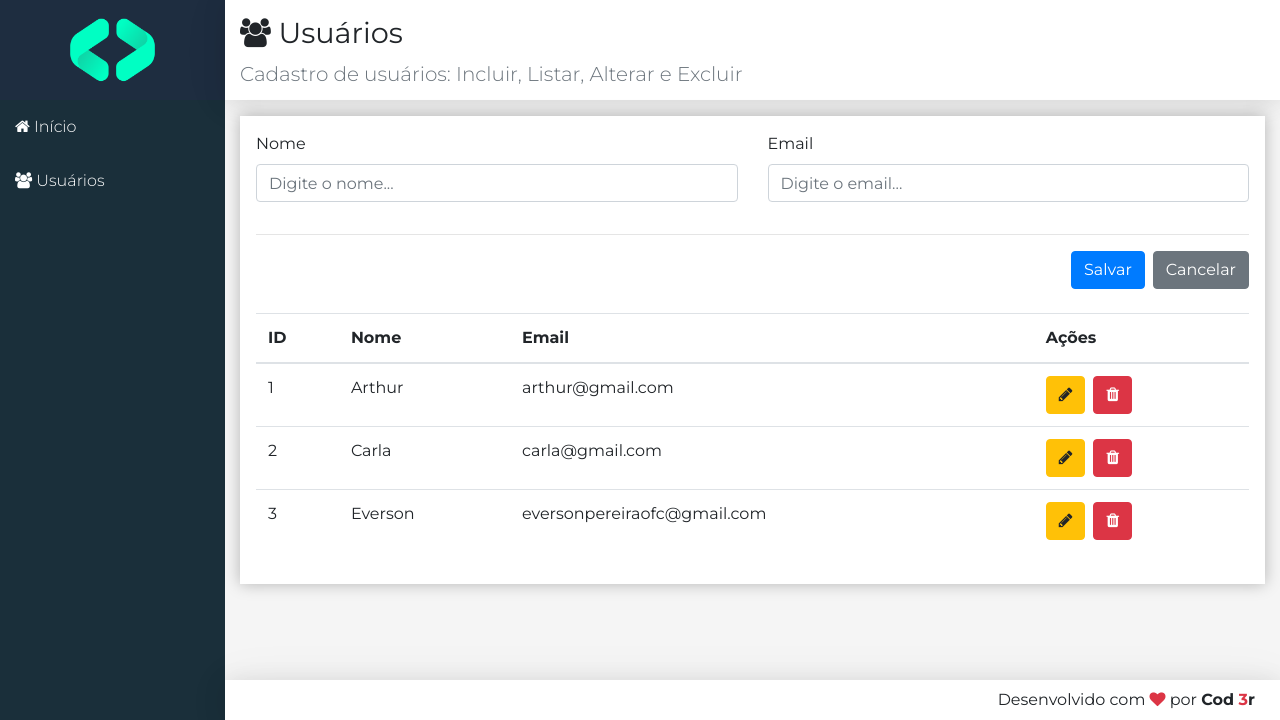
Repository: eversonps/projeto-cadastro-usuarios-firebase
Page: /users (app in frontend/)
These files come from the project's save history. The page is drawn as it stood at one moment and after the next save; the edit follows.
The browser window is 1280 px wide. The pictures show the whole page.
The project was rebuilt for these pictures with package versions that can differ from the ones it lists, and the page was loaded fresh each time. Requests to the local data server were answered from the project's data file. Also part of the build but not shown: frontend/src/components/home/home.jsx.

Above is the page before, as saved 2022-03-22 15:37:17.

### frontend/public/index.html
<!DOCTYPE html>
<html lang="en">
  <head>
    <meta charset="utf-8" />
    <link rel="icon" href="%PUBLIC_URL%/favicon.ico" />
    <link rel="preconnect" href="https://fonts.googleapis.com">
    <link rel="preconnect" href="https://fonts.gstatic.com" crossorigin>
    <link href="https://fonts.googleapis.com/css2?family=Montserrat:wght@300;400;700&display=swap" rel="stylesheet">
    <meta name="viewport" content="width=device-width, initial-scale=1" />
    <meta name="theme-color" content="#000000" />
    <meta
      name="description"
      content="Web site created using create-react-app"
    />
    <link rel="apple-touch-icon" href="%PUBLIC_URL%/logo192.png" />
    <!--
      manifest.json provides metadata used when your web app is installed on a
      user's mobile device or desktop. See https://developers.google.com/web/fundamentals/web-app-manifest/
    -->
    <link rel="manifest" href="%PUBLIC_URL%/manifest.json" />
    <!--
      Notice the use of %PUBLIC_URL% in the tags above.
      It will be replaced with the URL of the `public` folder during the build.
      Only files inside the `public` folder can be referenced from the HTML.

      Unlike "/favicon.ico" or "favicon.ico", "%PUBLIC_URL%/favicon.ico" will
      work correctly both with client-side routing and a non-root public URL.
      Learn how to configure a non-root public URL by running `npm run build`.
    -->
    <title>React App</title>
  </head>
  <body>
    <noscript>You need to enable JavaScript to run this app.</noscript>
    <div id="root"></div>
    <!--
      This HTML file is a template.
      If you open it directly in the browser, you will see an empty page.

      You can add webfonts, meta tags, or analytics to this file.
      The build step will place the bundled scripts into the <body> tag.

      To begin the development, run `npm start` or `yarn start`.
      To create a production bundle, use `npm run build` or `yarn build`.
    -->
  </body>
</html>

### frontend/src/index.js
import React from 'react';
import ReactDOM from 'react-dom';
import './index.css';
import App from './main/app';
import reportWebVitals from './reportWebVitals';

ReactDOM.render(
  <React.StrictMode>
    <App />
  </React.StrictMode>,
  document.getElementById('root')
);

// If you want to start measuring performance in your app, pass a function
// to log results (for example: reportWebVitals(console.log))
// or send to an analytics endpoint. Learn more: https://bit.ly/CRA-vitals
reportWebVitals();

### frontend/src/main/app.jsx
import "./app.css"
import "bootstrap/dist/css/bootstrap.min.css"
import "font-awesome/css/font-awesome.min.css"

import React from "react"

import Logo from "../components/template/logo"
import Nav from "../components/template/nav"
import Footer from "../components/template/footer"
import Routes from "./routes"

import {BrowserRouter as Router} from "react-router-dom"

export default props => {
    return (
        <div className="app">
            <Router>
                <Logo></Logo>
                <Nav></Nav>
                <Routes></Routes>
                <Footer></Footer>
            </Router>
        </div>
    )
}

### frontend/src/main/app.css
:root{
    --bg-dark: #1A2F3A;
    --logo-height: 100px;
    --header-height: 100px;
    --aside-width: 225px;
    --footer-height: 40px;
    --menu-top-right: 100px;

    --shadow: 0 2px 23px 0 rgba(0, 0, 0, 0.1), 0 2px 49px 0 rgba(0, 0, 0, 0.06);
}

* {
    box-sizing: border-box;
    font-family: 'Montserrat', sans-serif;
}

.app{
    margin: 0px;
    display: grid;
    grid-template-columns: var(--aside-width) 1fr;
    grid-template-rows: var(--header-height) 1fr var(--footer-height);
    grid-template-areas:
        "logo header"
        "menu content"
        "menu footer";
    height: 100vh;
    background-color: #F5F5F5;
}

aside.logo{
    grid-area: logo;
}

header.header{
    grid-area: header;
}

aside.menu-area{
    grid-area: menu;
}

main.content{
    grid-area: content;
}

footer.footer{
    grid-area: footer;
}

@media(max-width: 768px){
    .app{
        grid-template-rows: var(--header-height) var(--menu-top-right) 1fr var(--footer-height);
        grid-template-columns: var(--aside-width) 1fr;
        grid-template-areas:
            "logo header"
            "menu menu"
            "content content"
            "footer footer"
        ;
    }
}

### frontend/src/components/template/logo.jsx
import React from "react"
import "./logo.css"
import logo from "../../assets/images/logo.png"

import { Link } from "react-router-dom"
export default props => (
    <aside className="logo">
        <Link to="/" className="logo">
            <img src={logo} alt="logo" />
        </Link>
    </aside>
)

### frontend/src/components/template/nav.jsx
import React from "react"
import "./nav.css"

import {Link} from "react-router-dom"

export default props => {
    return (
        <aside className="menu-area">
            <nav className="menu">
                <Link to="/">
                    <i className="fa fa-home"></i> Início
                </Link>
                <Link to="/users">
                    <i className="fa fa-users"></i> Usuários
                </Link>
            </nav>
        </aside>
    )
}

### frontend/src/components/template/footer.jsx
import React from "react";
import "./footer.css"

export default props => (
    <footer className="footer">
        <span>
            Desenvolvido com <i className="fa fa-heart text-danger"></i> por <strong>Cod <span className="text-danger">3</span>r</strong>
        </span>
    </footer>
)

### frontend/src/main/routes.jsx
import React from "react";
import {Routes, Route} from "react-router-dom"

import Home from "../components/home/home"
import UserCrud from "../components/user/userCrud"

export default props => (
    <Routes>
        <Route path="/" element={<Home />}/>
        <Route path="/users" element={<UserCrud />}/>
        <Route path="*" element={<Home />}/>
    </Routes>
)

### frontend/src/components/template/logo.css
aside.logo{
    background-color: var(--bg-dark);
    display: flex;
    justify-content: center;
    align-items: center;
}

aside.logo img {
    width: 100%;
}

### frontend/src/components/template/nav.css
aside.menu-area{
    background-color: var(--bg-dark);
    box-shadow: 2px 0 10px 0 rgba(0,0,0,0.12), rgba(0,0,0,0.09);
}

.menu a{
    display: block;
    text-decoration: none;
    color: #FFF;
    font-weight: 300;
    padding: 15px;
}

.menu a:hover {
    background: linear-gradient(135deg, #07A7E3 0%, #32DAC3 100%);
}

@media(max-width: 768px){
    .menu{
        display: flex;
        justify-content: flex-start;
        align-items: center;
    }

    .menu a{
        margin: 0px;
        display: inline;
        padding: 10px;
    }

    .menu {
        height: 100%;
        justify-content: space-around;
    }
}

### frontend/src/components/template/footer.css
footer.footer{
    display: flex;
    align-items: center;
    justify-content: flex-end;
    padding: 0 25px;
    background-color: #FFF;
    box-shadow: var(--shadow);
}

### frontend/src/components/user/userCrud.jsx
import React, {Component, useReducer} from "react"
import Main from "../template/main"
import axios from "axios"

const headerProps = {
    icon: "users",
    title: "Usuários",
    subtitle: "Cadastro de usuários: Incluir, Listar, Alterar e Excluir"
}

const baseUrl = "http://localhost:3001/users"
const initialState = {
    user: {name: "", email: ""},
    list: []
}

export default class UserCrud extends Component{
    state = { ...initialState }

    componentWillMount(){
        axios(baseUrl).then(resp => {
            this.setState({list: resp.data})
        })
    }

    clear(){
        this.setState({user: initialState.user})
    }

    save(){
        const user = this.state.user
        const method = user.id ? "put" : "post"
        const url = user.id ? `${baseUrl}/${user.id}` : baseUrl
        axios[method](url, user).then(resp => {
            const list = this.getUpdatedList(resp.data)
            this.setState({user: initialState.user, list})
        })
    }

    getUpdatedList(user, add=true){
        const list = this.state.list.filter(u => u.id !== user.id)
        if(add) list.unshift(user)
        return list
    }

    updateField(event){
        const user = {...this.state.user}
        user[event.target.name] = event.target.value
        this.setState({ user })
    }

    renderForm(){
        return (
            <div className="form">
                <div className="row">
                    <div className="col-12 col-md-6">
                        <div className="form-group">
                            <label>Nome</label>
                            <input type="text" className="form-control" name="name" value={this.state.user.name} onChange={e => this.updateField(e)} placeholder="Digite o nome..."/>
                        </div>
                    </div>

                    <div className="col-12 col-md-6">
                        <div className="form-group">
                            <label>Email</label>
                            <input type="text" className="form-control" name="email" value={this.state.user.email} onChange={e => this.updateField(e)} placeholder="Digite o email..."/>
                        </div>
                    </div>
                </div>

                <hr />

                <div className="row">
                    <div className="col-12 d-flex justify-content-end">
                        <button className="btn btn-primary" onClick={e => this.save(e)}>Salvar</button>
                        <button className="btn btn-secondary ml-2" onClick={e => this.clear(e)}>Cancelar</button>
                    </div>
                </div>
            </div>
        )
    }

    load(user){
        this.setState({ user })
    }

    remove(user){
        axios.delete(`${baseUrl}/${user.id}`).then(resp => {
            const list = this.getUpdatedList(user, false)
            console.log(list)
            this.setState({ list })
        })
    }

    renderTable(){
        return (
            <table className="table mt-4">
                <thead>
                    <tr>
                        <th>ID</th>
                        <th>Nome</th>
                        <th>Email</th>
                        <th>Ações</th>
                    </tr>
                </thead>
                <tbody>
                    {this.renderRows()}
                </tbody>
            </table>
        )
    }

    renderRows(){
        const trs = this.state.list.map(u => {
            return(
                <tr key={u.id}>
                    <td>{u.id}</td>
                    <td>{u.name}</td>
                    <td>{u.email}</td>
                    <td>
                        <button className="btn btn-warning" onClick={() => this.load(u)}>
                            <i className="fa fa-pencil"></i>
                        </button>
                        <button className="btn btn-danger ml-2"  onClick={() => this.remove(u)}>
                            <i className="fa fa-trash"></i>
                        </button>
                    </td>
                </tr>
            )
        })

        return trs
    }

    render(){
        return (
            <Main {...headerProps}>
                {this.renderForm()}
                {this.renderTable()}
            </Main>
        )
    }
}

### frontend/src/components/template/main.jsx
import React from "react"
import Header from "./header"
import "./main.css"

export default props => (
    <>
        <Header {...props}></Header>
        <main className="content container-fluid">
            <div className="p-3 mt-3">
                {props.children}
            </div>
        </main>
    </>
)

### frontend/src/components/template/header.jsx
import React from "react";
import "./header.css"

export default props => (
    <header className="header d-none d-sm-flex flex-column">
        <h1 className="mt-3">
            <i className={`fa fa-${props.icon}`}></i> {props.title}
        </h1>
        <p className="lead text-muted">{props.subtitle}</p>
    </header>
)

### frontend/src/components/template/header.css
header.header{
    background-color: #FFF;
    padding: 0px 15px;
    overflow: hidden;
    white-space: nowrap;
    box-shadow: var(--shadow);
}

header.header h1{
    font-size: 1.8em;
}

### backend/db.json
{
  "users": [
    {
      "id": 1,
      "name": "Arthur",
      "email": "arthur@gmail.com"
    },
    {
      "id": 2,
      "name": "Carla",
      "email": "carla@gmail.com"
    },
    {
      "name": "Everson",
      "email": "eversonpereiraofc@gmail.com",
      "id": 3
    }
  ]
}

Loaded but not shown: frontend/src/index.css (common file); frontend/src/reportWebVitals.js (common file); frontend/src/components/template/main.css (common file)

After the next save:
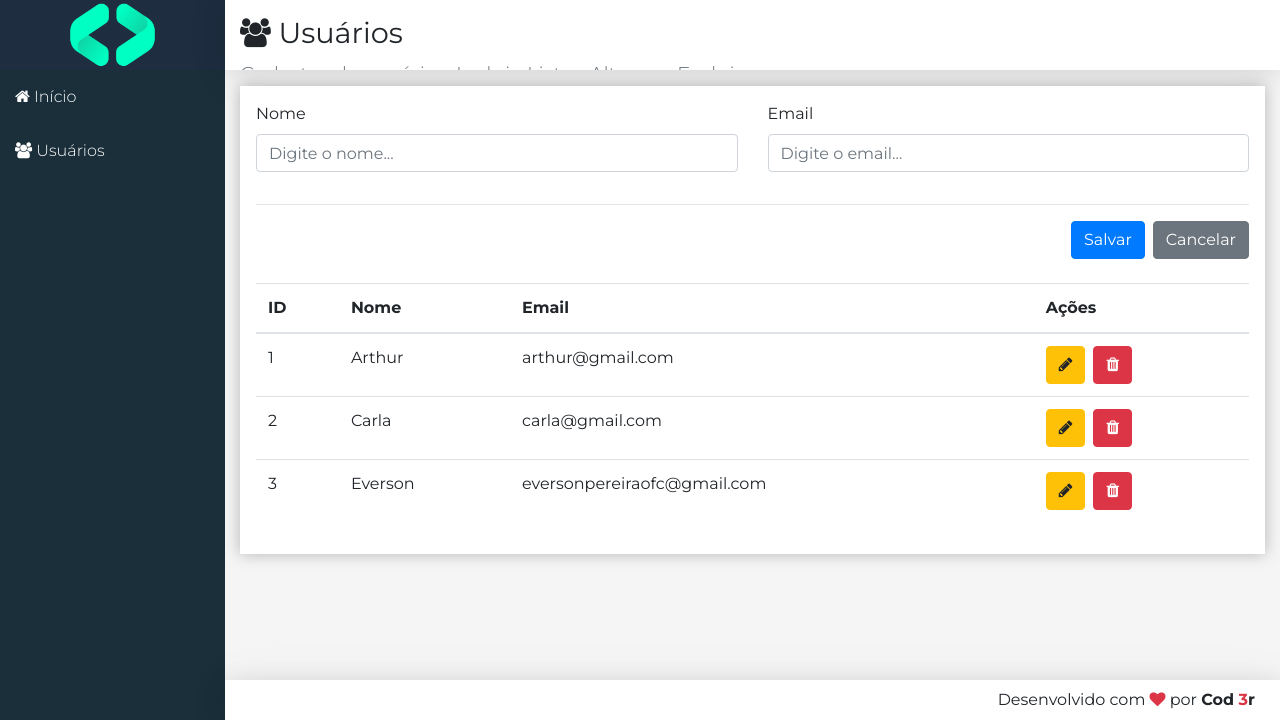
Saved 31 s later.
--- a/frontend/src/main/app.css
+++ b/frontend/src/main/app.css
@@ -1,7 +1,7 @@
 :root{
     --bg-dark: #1A2F3A;
     --logo-height: 100px;
-    --header-height: 100px;
+    --header-height: 70px;
     --aside-width: 225px;
     --footer-height: 40px;
     --menu-top-right: 100px;

After the save that followed:
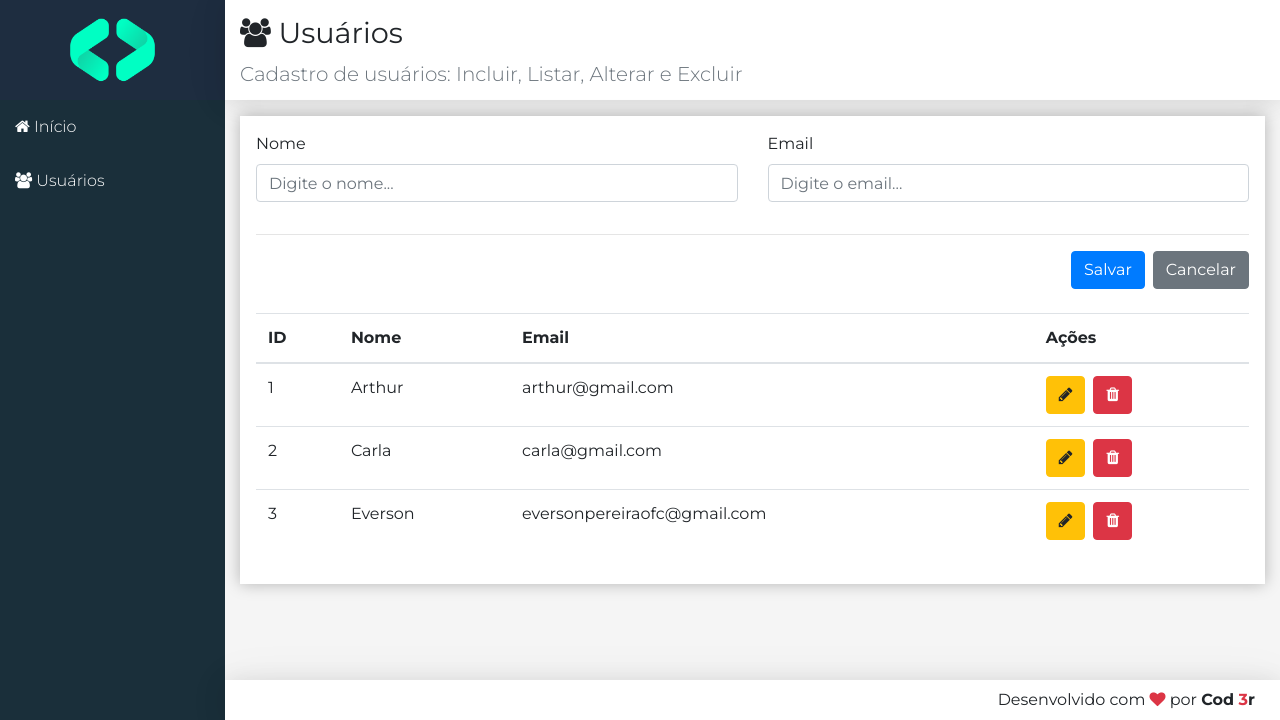
Saved 17 s later.
--- a/frontend/src/main/app.css
+++ b/frontend/src/main/app.css
@@ -1,7 +1,7 @@
 :root{
     --bg-dark: #1A2F3A;
     --logo-height: 100px;
-    --header-height: 70px;
+    --header-height: 100px;
     --aside-width: 225px;
     --footer-height: 40px;
     --menu-top-right: 100px;
